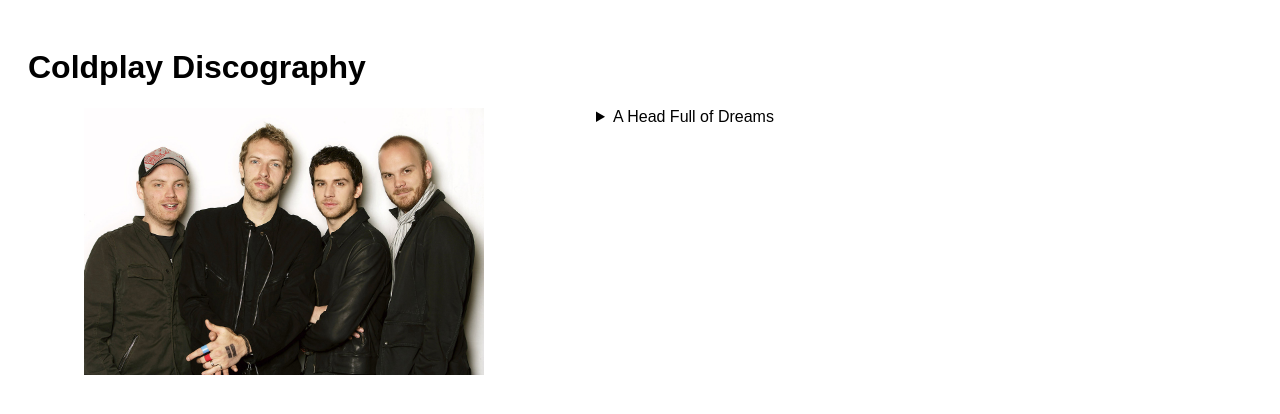
Repository: MelissaJacobi/Frontend-lab-1
Page: /
An editor plug-in stored every save of this project. The page is shown before and after a run of saves, followed by the edit.
The browser window is 1280 px wide. The pictures show the whole page.
The project was rebuilt for these pictures with package versions that can differ from the ones it lists, and the page was loaded fresh each time. Also part of the build but not shown: vite.config.js.

Above is the page before, as saved 2024-09-14 15:56:34.

### src/App.jsx
import React from 'react';
import './index.css';

function App() {
  return (
    <div className="app">
      <h1>Coldplay Discography</h1>
      <div className='content'>
        <img className="band-img" src="/public/Coldplay-All-Members.jpg" alt="coldplay members"></img>
        <details className="accordion">
          <summary>A Head Full of Dreams</summary>
            <p>A Head Full of Dreams</p>
            <p>Birds</p>
            <p>Hymn For the Weekend</p>
            <p>Everglow</p>
            <p>Adventure of a Lifetime</p>
            <p>Fun</p>
            <p>keleidoscope</p>
            <p>Army of One</p>
            <p>Amazing day</p>
            <p>Color Spectrum</p>
            <p>Up&Up</p>
            <p>Something just like this</p>
          </details>
      </div>
    </div>
  );
}

export default App;

### src/index.css
.app {
  font-family: sans-serif;
  padding: 20px;
}

.accordion {
  width: 100%;
  max-width: 600px;
  margin: 0 auto;
}

.band-img {
  width: 400px;
  height: 100%;
  margin: 0 auto;
}

.accordion-item {
  margin-bottom: 10px;
}

.accordion-header {
  padding: 10px;
  display: flex;
  justify-content: space-between;
  background-color: #f0f0f0;
}

.accordion-content {
  padding: 10px;
  background-color: #fff;
}

.accordion-header:hover {
  background-color: #e0e0e0;
}

.content {
  display: flex;
  justify-content: center;
}

Loaded but not shown: index.html (common file); src/main.jsx (common file)

After the next 2 saves:
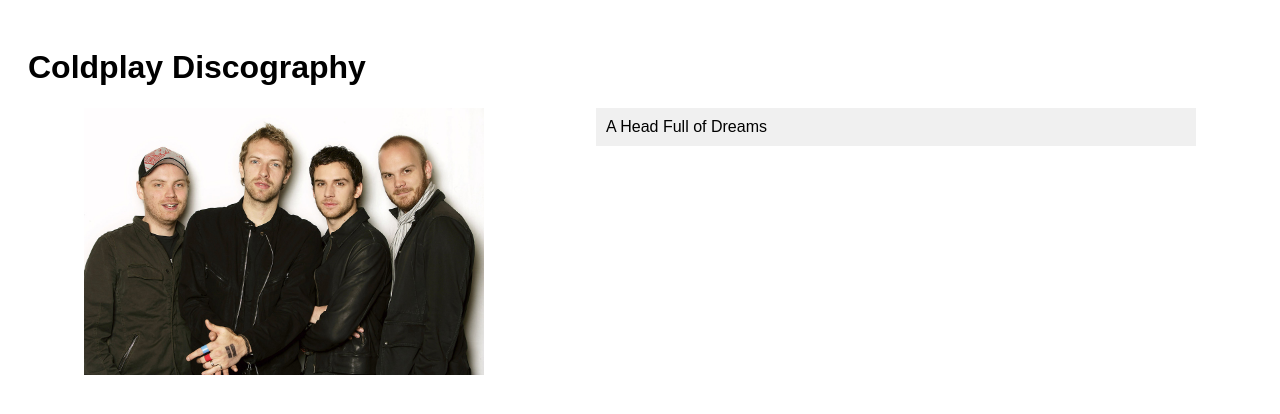
The 2 saves are shown as one change because 1 did not build or start.
The last was saved 40 s later.
--- a/src/App.jsx
+++ b/src/App.jsx
@@ -8,7 +8,7 @@
       <div className='content'>
         <img className="band-img" src="/public/Coldplay-All-Members.jpg" alt="coldplay members"></img>
         <details className="accordion">
-          <summary>A Head Full of Dreams</summary>
+          <summary className='accordion-header'>A Head Full of Dreams</summary>
             <p>A Head Full of Dreams</p>
             <p>Birds</p>
             <p>Hymn For the Weekend</p>

After the save that followed:
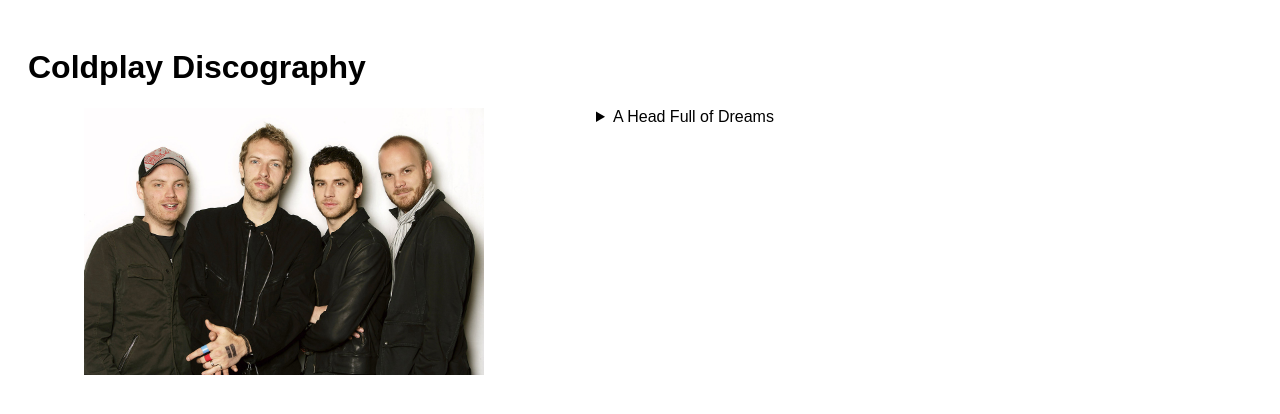
Saved 18 s later.
--- a/src/App.jsx
+++ b/src/App.jsx
@@ -8,7 +8,7 @@
       <div className='content'>
         <img className="band-img" src="/public/Coldplay-All-Members.jpg" alt="coldplay members"></img>
         <details className="accordion">
-          <summary className='accordion-header'>A Head Full of Dreams</summary>
+          <summary>A Head Full of Dreams</summary>
             <p>A Head Full of Dreams</p>
             <p>Birds</p>
             <p>Hymn For the Weekend</p>
